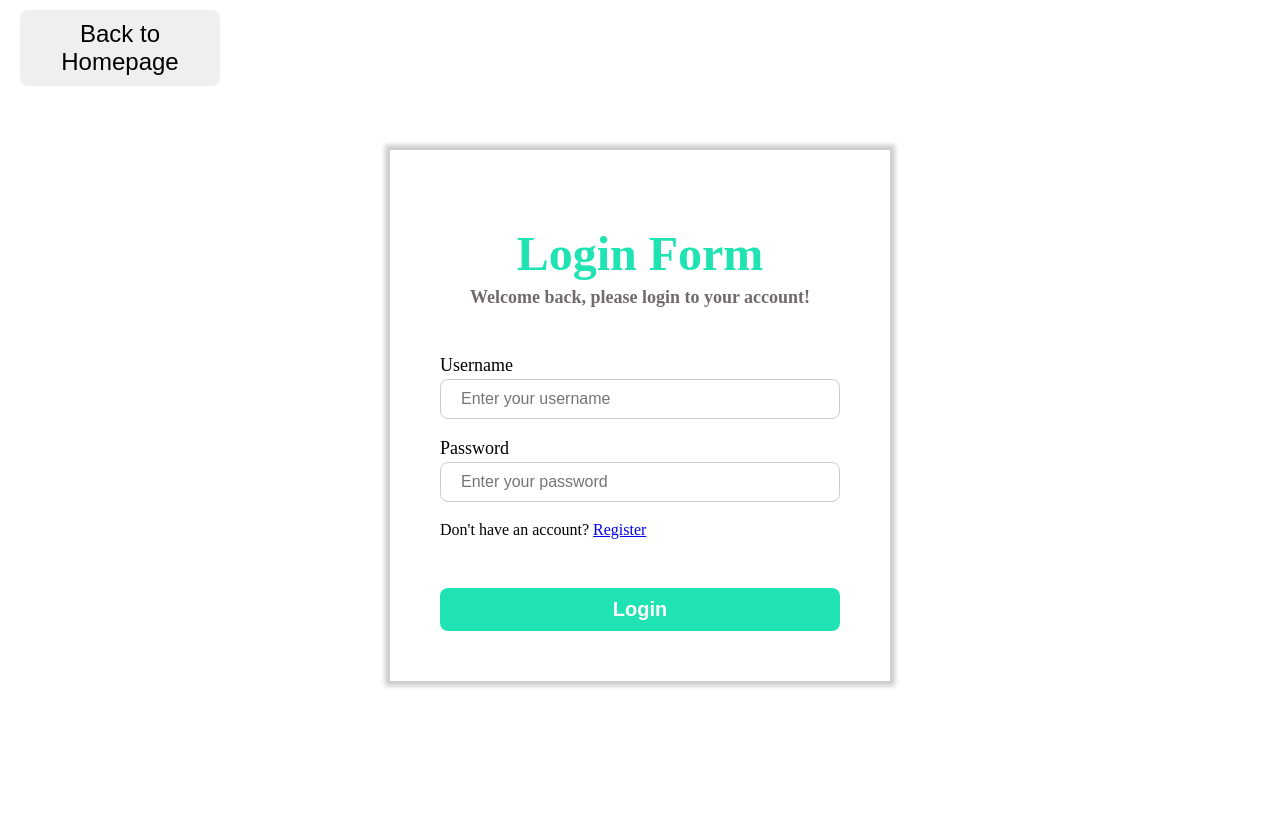
Repository: Trung0810/btl_cnpm_fe
Page: /
An editor plug-in stored every save of this project. The page is shown before and after the next save, followed by the edit.
The browser window is 1280 px wide. The pictures show the whole page.
The project was rebuilt for these pictures with package versions that can differ from the ones it lists, and the page was loaded fresh each time. Also part of the build but not shown: src/components/header/header.css, src/components/header/Header.js, src/components/footer/Footer.css, src/components/footer/Footer.js, src/components/shoes_list/ShoesCard.css, src/components/shoes_list/ShoesCard.js, src/components/shoes_list/ShoesList.css, src/components/shoes_list/ShoesList.js and 14 more.

Above is the page before, as saved 2026-03-31 10:12:33.

### public/index.html
<!doctype html>
<html lang="en">
  <head>
    <meta charset="utf-8" />
    <link rel="icon" href="%PUBLIC_URL%/favicon.ico" />
    <meta name="viewport" content="width=device-width, initial-scale=1" />
    <meta name="theme-color" content="#000000" />
    <meta
      name="description"
      content="Web site created using create-react-app"
    />
    <link rel="apple-touch-icon" href="%PUBLIC_URL%/logo192.png" />
    <!--
      manifest.json provides metadata used when your web app is installed on a
      user's mobile device or desktop. See https://developers.google.com/web/fundamentals/web-app-manifest/
    -->
    <link rel="manifest" href="%PUBLIC_URL%/manifest.json" />
    <!--
      Notice the use of %PUBLIC_URL% in the tags above.
      It will be replaced with the URL of the `public` folder during the build.
      Only files inside the `public` folder can be referenced from the HTML.

      Unlike "/favicon.ico" or "favicon.ico", "%PUBLIC_URL%/favicon.ico" will
      work correctly both with client-side routing and a non-root public URL.
      Learn how to configure a non-root public URL by running `npm run build`.
    -->
    <link rel="preconnect" href="https://fonts.googleapis.com" />
    <link rel="preconnect" href="https://fonts.gstatic.com" crossorigin />
    <link
      href="https://fonts.googleapis.com/css2?family=DM+Sans:ital,opsz,wght@0,9..40,100..1000;1,9..40,100..1000&family=Oswald:wght@200..700&display=swap"
      rel="stylesheet"
    />
    <title>React App</title>
  </head>
  <body>
    <noscript>You need to enable JavaScript to run this app.</noscript>
    <div id="root"></div>
    <!--
      This HTML file is a template.
      If you open it directly in the browser, you will see an empty page.

      You can add webfonts, meta tags, or analytics to this file.
      The build step will place the bundled scripts into the <body> tag.

      To begin the development, run `npm start` or `yarn start`.
      To create a production bundle, use `npm run build` or `yarn build`.
    -->
  </body>
</html>

### src/index.js
import React from "react";
import ReactDOM from "react-dom/client";
import App from "./App";
import reportWebVitals from "./reportWebVitals";
import "./index.css";
import "./reset.css";
import "@fortawesome/fontawesome-free/css/all.min.css";

const root = ReactDOM.createRoot(document.getElementById("root"));
root.render(
  <React.StrictMode>
    <App />
  </React.StrictMode>,
);

// If you want to start measuring performance in your app, pass a function
// to log results (for example: reportWebVitals(console.log))
// or send to an analytics endpoint. Learn more: https://bit.ly/CRA-vitals
reportWebVitals();

### src/App.js
import { Fragment } from "react";
import Header from "./components/header/Header";
import Footer from "./components/footer/Footer";
import HomePage from "./components/home_page/HomePage";
import ShoesPage from "./components/shoes_page/ShoesPage";
import LoginForm from "./components/login_form/LoginForm";
import "./App.css";
import LoginPage from "./components/login_page/LoginPage";

function App() {
  return (
    <Fragment>
      {/* <Header></Header>
      <HomePage></HomePage>
      <ShoesPage></ShoesPage>
      <Footer></Footer> */}
      <LoginPage></LoginPage>
    </Fragment>
  );
}

export default App;

### src/index.css
body {
  margin: 0;
  font-family:
    -apple-system, BlinkMacSystemFont, "Segoe UI", "Roboto", "Oxygen", "Ubuntu",
    "Cantarell", "Fira Sans", "Droid Sans", "Helvetica Neue", sans-serif;
  -webkit-font-smoothing: antialiased;
  -moz-osx-font-smoothing: grayscale;
  font-family: "DM Sans", sans-serif;
}
body::-webkit-scrollbar {
  display: none;
}
code {
  font-family:
    source-code-pro, Menlo, Monaco, Consolas, "Courier New", monospace;
}
* {
  box-sizing: border-box;
}

### src/components/login_form/LoginForm.js
import React from "react";
import { useForm } from "react-hook-form";
import { yupResolver } from "@hookform/resolvers/yup";
import * as yup from "yup";
import "./LoginForm.css";

const LoginForm = () => {
  const schema = yup.object({
    username: yup
      .string()
      .required("Please enter your username!")
      .min(8, "Must be at least 8 characters!")
      .max(16, "Must be at most 16 characters!"),
    password: yup.string().required("Please enter your password!"),
  });

  const {
    register,
    handleSubmit,
    formState: { errors, isValid },
  } = useForm({
    mode: "onChange",
    resolver: yupResolver(schema),
  });

  const submit = (values) => {
    console.log(values);
  };

  return (
    <form className="login-form" onSubmit={handleSubmit(submit)}>
      <h2 className="login-form-title">Login Form</h2>
      <h3 className="login-form-desc">
        Welcome back, please login to your account!
      </h3>
      <div className="login-form-wrapper">
        <label htmlFor="username">Username</label>
        <input
          type="text"
          id="username"
          className="login-form-input"
          placeholder="Enter your username"
          {...register("username")}
        />
        {errors.username && (
          <div className="login-form-error">{errors.username.message}</div>
        )}
      </div>
      <div className="login-form-wrapper">
        <label htmlFor="password">Password</label>
        <input
          type="text"
          id="password"
          className="login-form-input"
          placeholder="Enter your password"
          {...register("password")}
        />
        {errors.password && (
          <div className="login-form-error">{errors.password.message}</div>
        )}
      </div>
      <div className="login-form-option">
        <p>
          Don't have an account? <a href="#">Register</a>
        </p>
      </div>
      <button
        type="submit"
        className="login-form-button"
        style={{ pointerEvents: isValid ? "" : "none" }}
      >
        Login
      </button>
    </form>
  );
};

export default LoginForm;

### src/App.css
input {
  display: block;
  font-size: 16px;
  font-weight: 500;
  padding: 10px 20px;
  border: 1px solid #ccc;
  border-radius: 8px;
  outline: none;
}
button {
  display: block;
  width: 200px;
  padding: 10px 30px;
  font-size: 24px;
  font-weight: 500;
  border-radius: 8px;
  border: none;
  outline: none;
  cursor: pointer;
}

### src/components/login_page/LoginPage.js
import React, { Fragment } from "react";
import LoginForm from "../login_form/LoginForm";

const LoginPage = () => {
  return (
    <Fragment>
      <button style={{ position: "absolute", top: "10px", left: "20px" }}>
        Back to Homepage
      </button>
      <LoginForm></LoginForm>
    </Fragment>
  );
};

export default LoginPage;

### src/components/login_form/LoginForm.css
.login-form {
  width: 500px;
  padding: 80px 50px 50px;
  margin: 150px auto;
  box-shadow: 0 0 5px 5px #ccc;
}
.login-form-title {
  font-size: 48px;
  font-weight: bold;
  color: #20e3b4;
  text-align: center;
  margin-bottom: 10px;
}
.login-form-desc {
  font-size: 18px;
  font-weight: bold;
  color: #716a6a;
  text-align: center;
  margin-bottom: 50px;
}
.login-form-wrapper {
  display: flex;
  flex-direction: column;
  row-gap: 5px;
  margin-bottom: 20px;
}
.login-form-wrapper label {
  font-size: 18px;
  font-weight: 500;
}
.login-form-input {
  width: 100%;
}
.login-form-error {
  font-weight: 500;
  color: #de4242;
}
.login-form-option {
  font-size: 16px;
}
.login-form-button {
  width: 100%;
  background-color: #20e3b4;
  font-size: 20px;
  font-weight: bold;
  color: #fff;
  margin-top: 50px;
}

Loaded but not shown: src/reportWebVitals.js (common file); src/reset.css (common file)

After the next save:
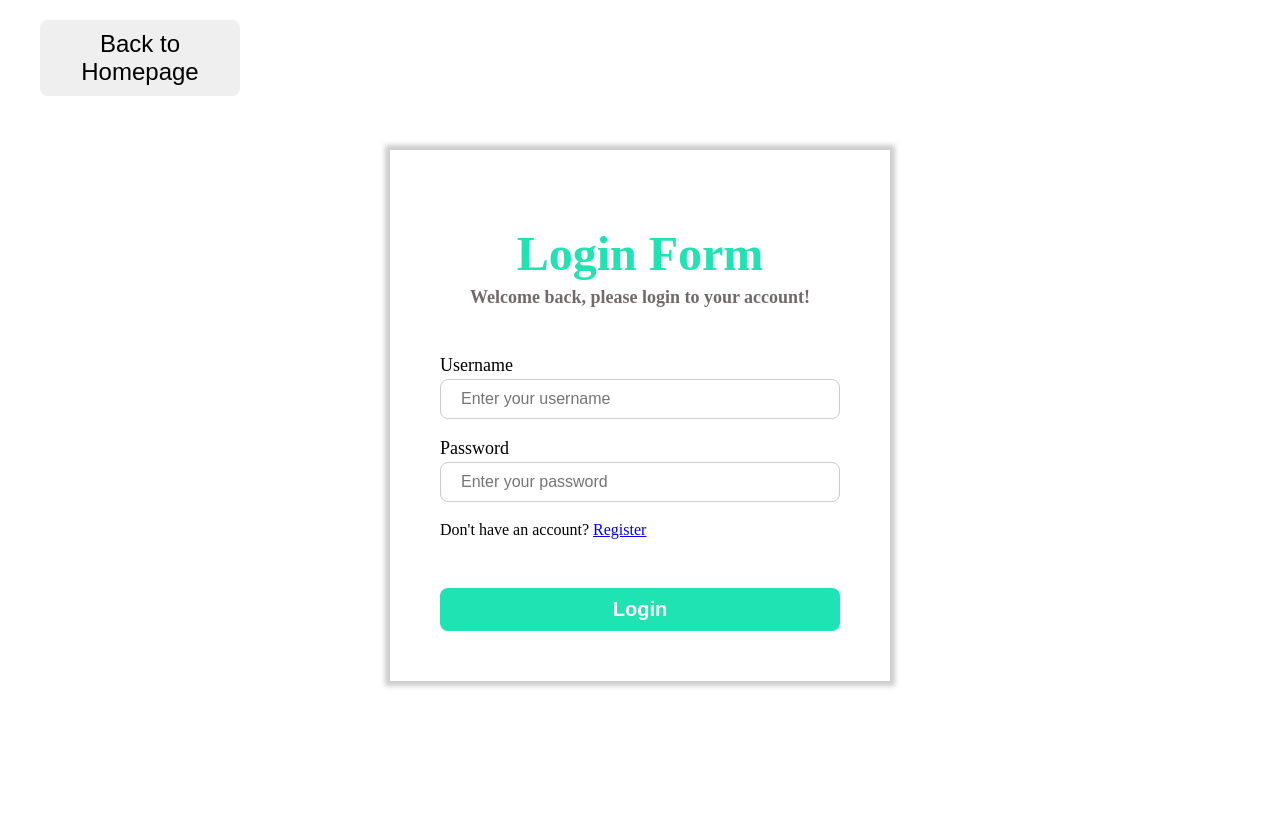
Saved 14 s later.
--- a/src/components/login_page/LoginPage.js
+++ b/src/components/login_page/LoginPage.js
@@ -4,7 +4,7 @@ import LoginForm from "../login_form/LoginForm";
 const LoginPage = () => {
   return (
     <Fragment>
-      <button style={{ position: "absolute", top: "10px", left: "20px" }}>
+      <button style={{ position: "absolute", top: "20px", left: "40px" }}>
         Back to Homepage
       </button>
       <LoginForm></LoginForm>
